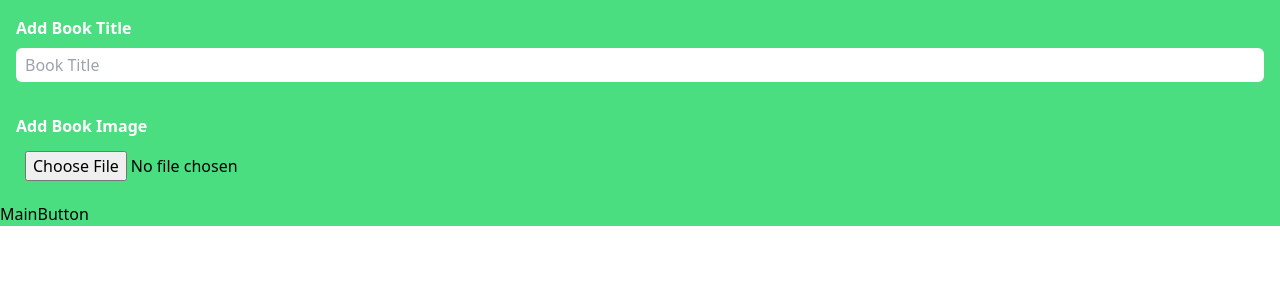
Repository: Marhamat92/booksappwithcontext
Page: /
The author's editor kept a copy of each file at every save. The page is drawn from the files as they stood at one save, then again after the next save.
The browser window is 1280 px wide. The pictures show the whole page.
The project was rebuilt for these pictures with package versions that can differ from the ones it lists, and the page was loaded fresh each time. Also part of the build but not shown: src/App.css.

Above is the page before, as saved 2022-12-07 14:18:46.

After the next save:
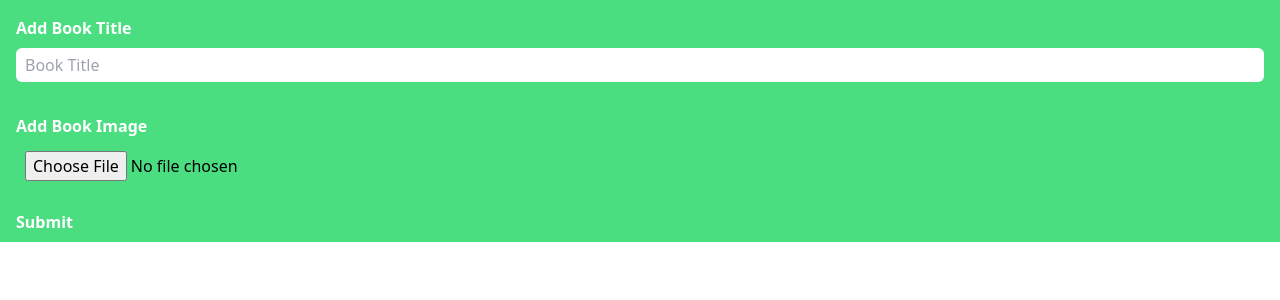
Saved 24 s later.
--- a/src/components/Buttons/MainButton.tsx
+++ b/src/components/Buttons/MainButton.tsx
@@ -3,7 +3,13 @@ import React from "react";
 type Props = {};
 
 function MainButton({}: Props) {
-  return <div>MainButton</div>;
+  return (
+    <div>
+      <button className='bg-green-400 text-white font-bold py-2 px-4 rounded'>
+        Submit
+      </button>
+    </div>
+  );
 }
 
 export default MainButton;
